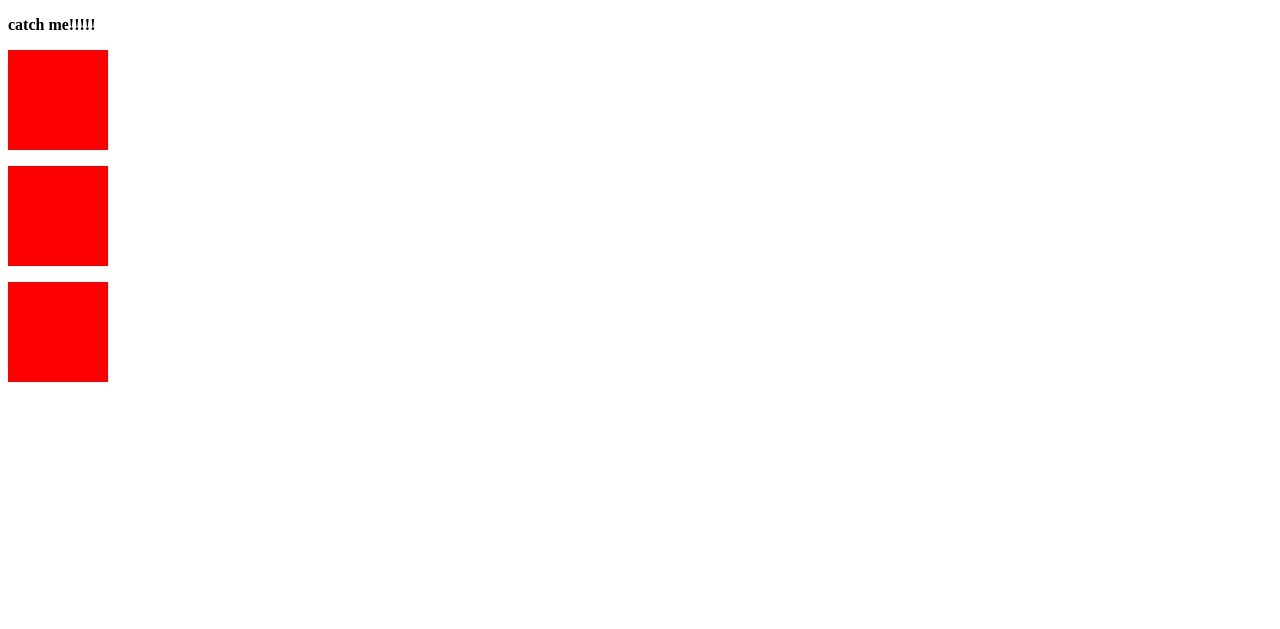
Repository: mong3270/mong3270.github.io
Page: Jenny.html
The author's editor kept a record of every edit. The page is drawn from the files as they stood at one moment, then again after the next edit.
The browser window is 1280 px wide. The pictures show the whole page.

Above is the page before.

After the next edit:
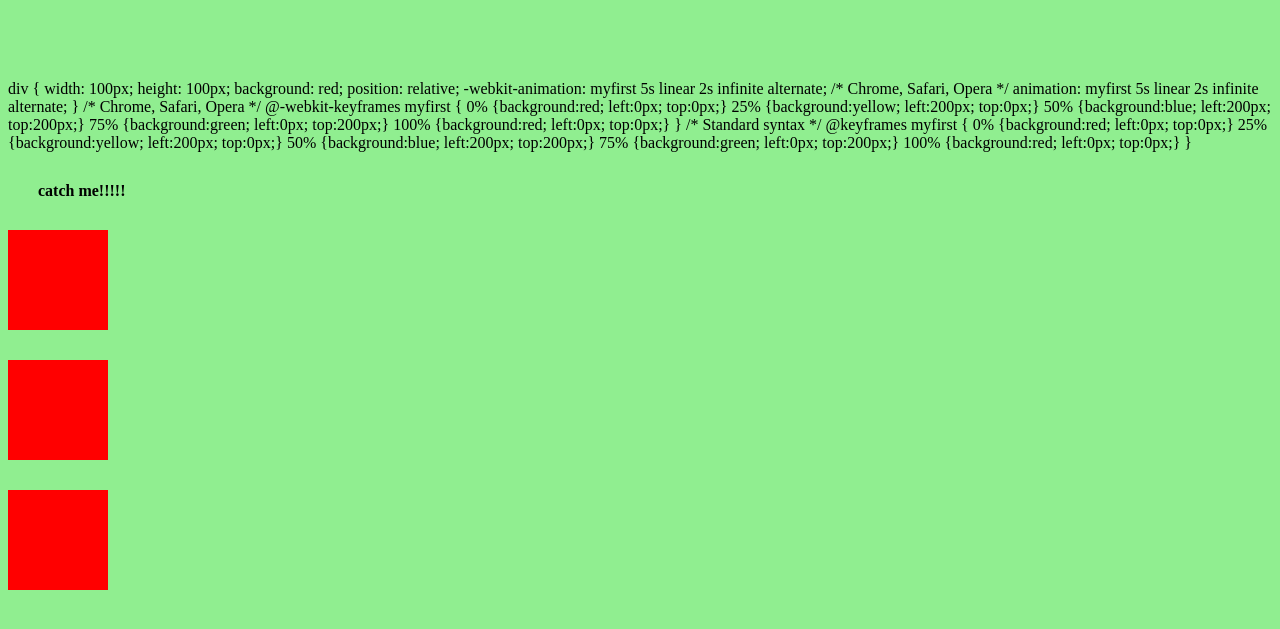
The edit:
--- a/Jenny.html
+++ b/Jenny.html
@@ -1,7 +1,8 @@
 <!DOCTYPE html>
 <html>
-<head>
-<style>
+	<head>
+		<h1></h1>
+		<link href="mypage.css" rel="stylesheet" type="text/css" />
 div {
     width: 100px;
     height: 100px;
